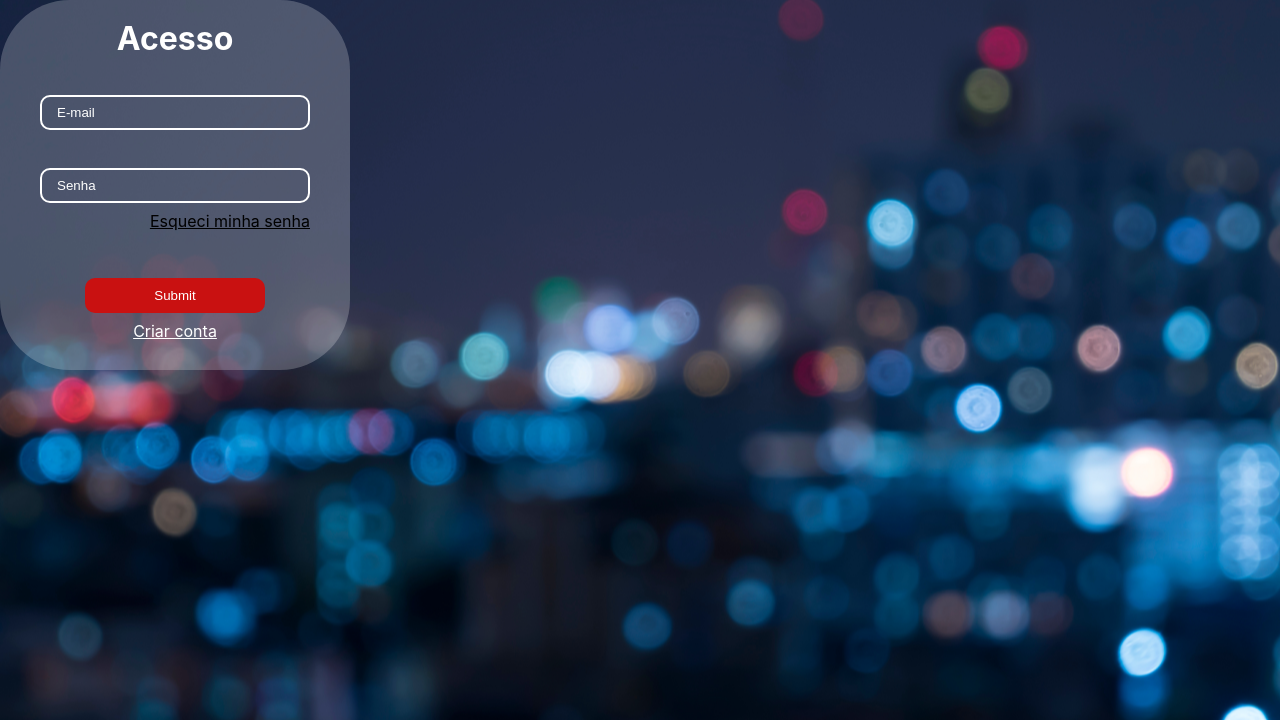
Repository: mateus-henrique-silva/Plataforma_videos_treinamento
Page: / (app in my-app/)
These files come from the project's save history. The page is drawn as it stood at one moment and after a run of saves; the edit follows.
The browser window is 1280 px wide. The pictures show the whole page.
The project was rebuilt for these pictures with package versions that can differ from the ones it lists, and the page was loaded fresh each time.

Above is the page before, as saved 2022-08-16 09:00:05.

### my-app/src/App.js
import logo from "./logo.svg";
import React from "react";
import "./App.css";
import Login from "./Pages/Login/Login"
import { BrowserRouter as Router, Routes, Route, Link } from "react-router-dom";

function App() {
  return (
    <div className="App">
      <Router>
        <Routes>
          <Route element={<Login />} path="/" />
        </Routes>
      </Router>
    </div>
  );
}

export default App;

### my-app/src/App.css
*{
  padding: 0;
  margin: 0;
  border:0;
}

### my-app/src/Pages/Login/Login.jsx
import React from "react";
import "./Login.css";
import FormLogin from '../../Components/formLogin/formLogin'

const Login = () => {
  return (
    <>
      <div className="backgound-one">
          <FormLogin/>
      </div>
    </>
  );
};

export default Login;

### my-app/src/Pages/Login/Login.css
.backgound-one{
    width:100vw;
    height:100vh;
    background: url("../../Assets//ImageBackground/Rectangle.png") fixed center no-repeat;
}

### my-app/src/Components/formLogin/formLogin.jsx
import React, {useState} from "react";
import "./formLogin.css";
import { BrowserRouter as Router, Routes, Route, Link } from "react-router-dom";

const formLogin = () => {

  return (
    <div>
      <div className="box-login">
        <form className="formLogin">
          <h1>Acesso</h1>
          <input type="text" placeholder="E-mail" />
          <input type="text" placeholder="Senha" />
          <Link to="/" >Esqueci minha senha</Link>
          <center>
            {" "}
            <input type="submit" />

          </center>
          <Link to="/" >Criar conta</Link>
        </form>
      </div>
    </div>
  );
};

export default formLogin;

### my-app/src/Components/formLogin/formLogin.css
.box-login {
  width: 350px;
  height: 370px;
  display: grid;
  background: rgba(255, 255, 255, 0.22);
  border-radius: 70px;
  justify-content: center;
  align-items: center;
}

.box-login .formLogin input[type="text"] {
  width: 270px;
  height: 35px;
  margin-bottom: 0;
  bottom: 0;
  box-sizing: border-box;
  border: 2px solid #ffffff;
  border-radius: 10px;
  padding-left: 15px;
 background:transparent;
 color: #ffffff;
}
.box-login .formLogin input::placeholder {
    color: #ffffff;
  }
.box-login .formLogin {
  height: 100%;
  width: 350px;
  color: #ffffff;
  justify-content: center;
  align-items: center;
  display: grid;
}
.box-login .formLogin a{
    color: black;
    margin-top: -40px;
    display:flex;
    justify-content:flex-end;
}

.box-login .formLogin a:last-child{
    color: white;
    margin-top: -40px;
    display:flex;
    justify-content:center;
}

.box-login .formLogin h1 {
    text-align: center;
  }
.box-login .formLogin input[type="submit"] {
    width: 180px;
    height: 35px;
    margin-bottom: 0;
    bottom: 0;
    box-sizing: border-box;
    cursor: pointer;
    border-radius: 10px;

    background: #C91111;
   color: #ffffff;
  }

Loaded but not shown: my-app/public/index.html (common file); my-app/src/index.js (common file); my-app/src/index.css (common file); my-app/src/reportWebVitals.js (common file)

After the next 2 saves:
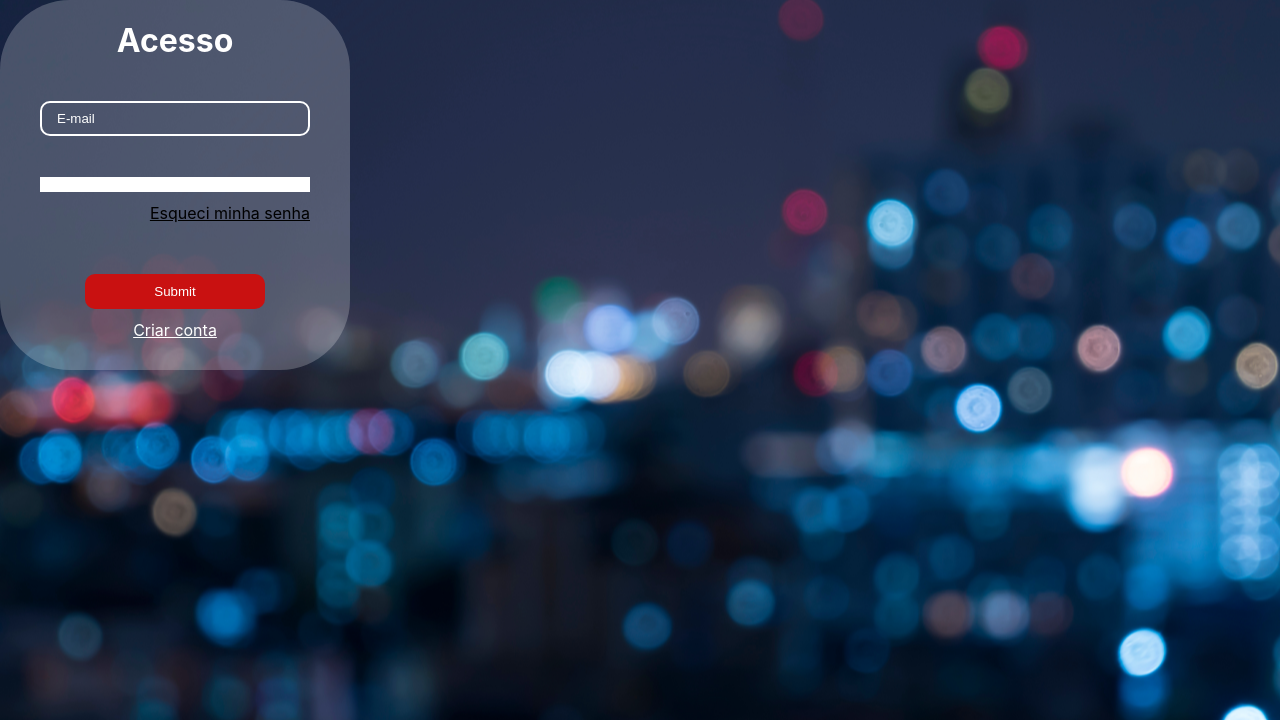
The 2 saves are shown as one change because they came seconds apart.
The last was saved 13 s later.
--- a/my-app/src/Components/formLogin/formLogin.jsx
+++ b/my-app/src/Components/formLogin/formLogin.jsx
@@ -10,7 +10,7 @@
         <form className="formLogin">
           <h1>Acesso</h1>
           <input type="text" placeholder="E-mail" />
-          <input type="text" placeholder="Senha" />
+          <input type="password" placeholder="Senha" />
           <Link to="/" >Esqueci minha senha</Link>
           <center>
             {" "}

After the 6 saves that followed:
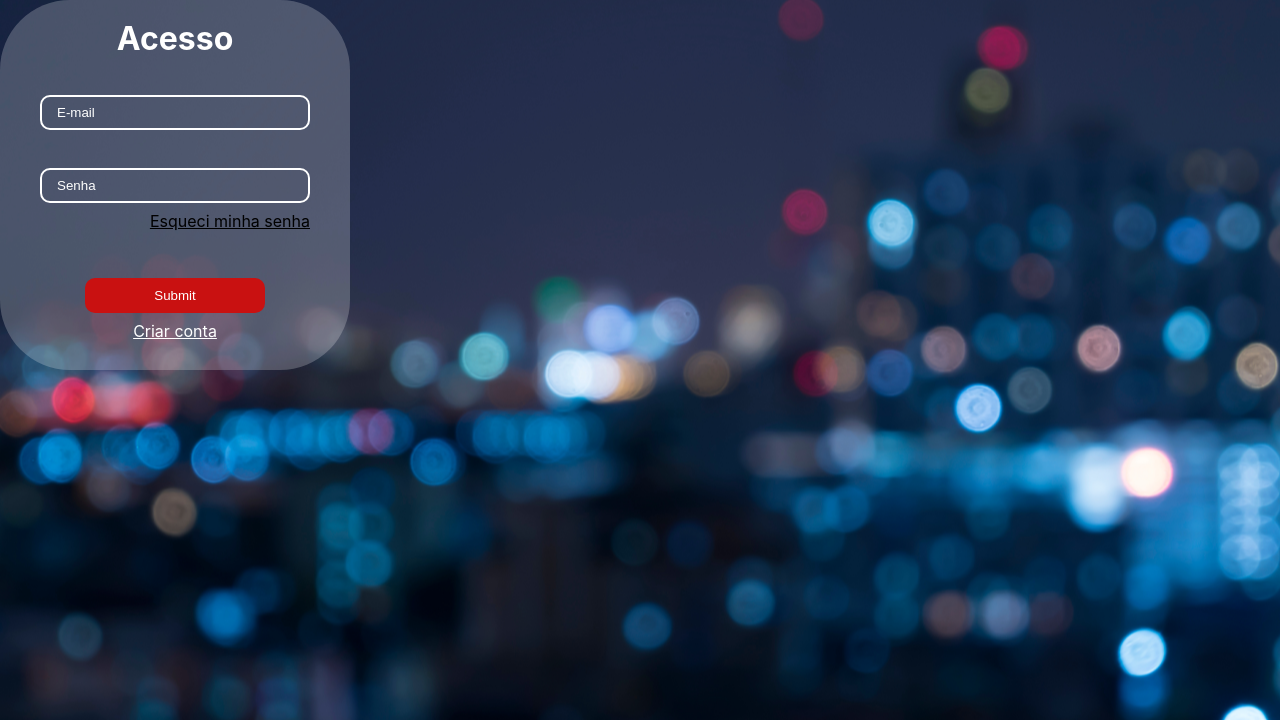
The 6 saves are shown as one change because they came seconds apart.
The last was saved 23 s later.
--- a/my-app/src/Components/formLogin/formLogin.css
+++ b/my-app/src/Components/formLogin/formLogin.css
@@ -8,7 +8,7 @@
   align-items: center;
 }
 
-.box-login .formLogin input[type="text"] {
+.box-login .formLogin input[type="text"], [type="password"] {
   width: 270px;
   height: 35px;
   margin-bottom: 0;
